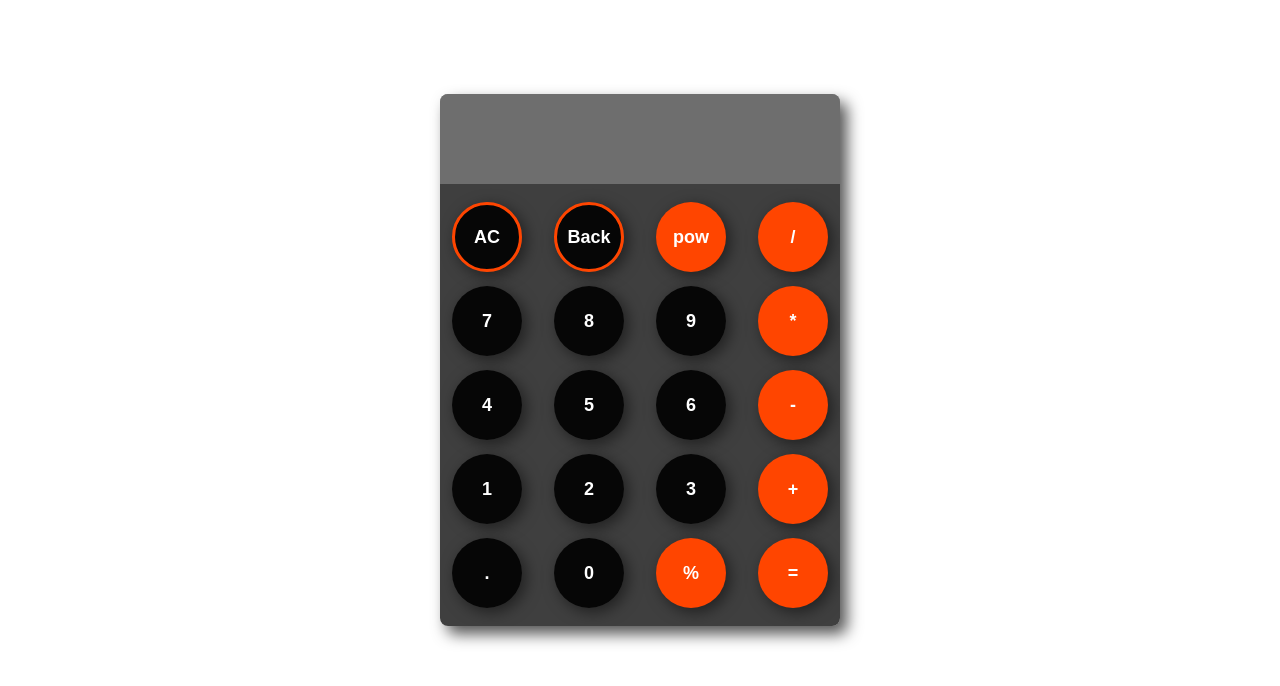
Repository: SakthivelDurai47/calculator
Page: index.html
An editor plug-in stored every save of this project. The page is shown before and after the next save, followed by the edit.
The browser window is 1280 px wide. The pictures show the whole page.

Above is the page before, as saved 2025-04-13 15:57:06.

After the next save:
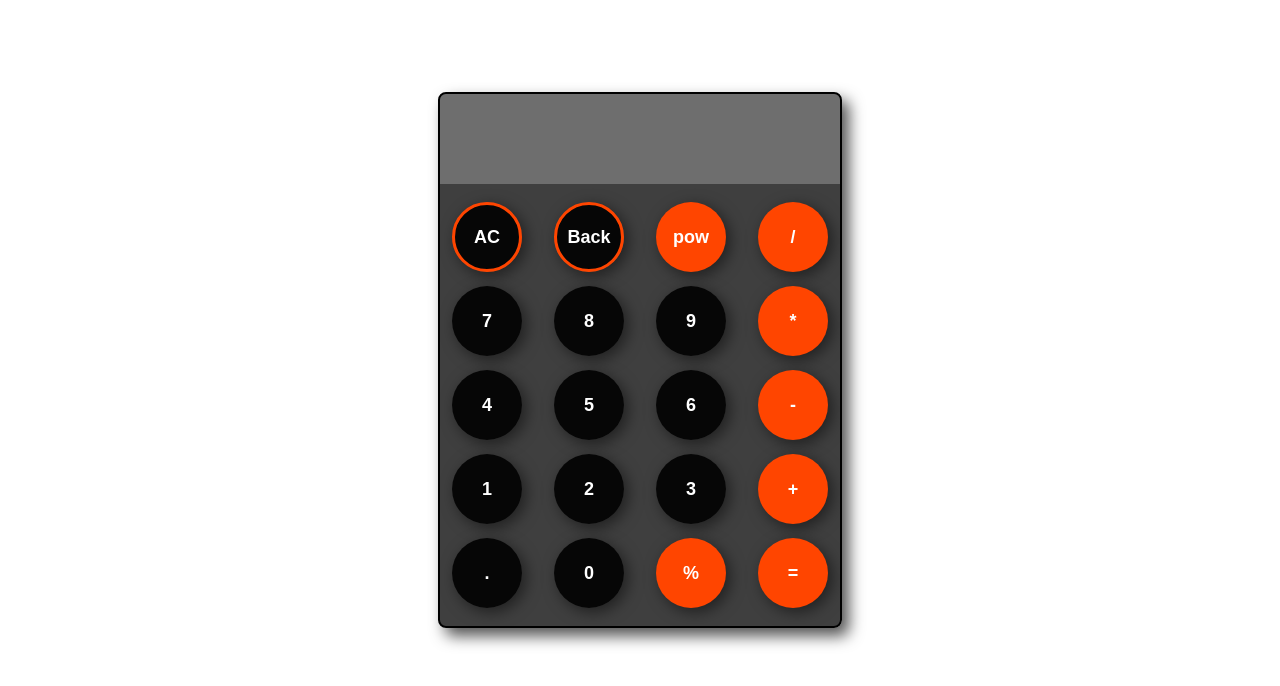
Saved 21 s later.
--- a/styles.css
+++ b/styles.css
@@ -52,6 +52,7 @@ button:active {
   box-shadow: 7px 8px 15px rgba(0, 0, 0, 0.678);
   overflow: hidden;
   padding-bottom: 15px;
+  border: 2px solid black;
 }
 #display {
   width: 100%;
